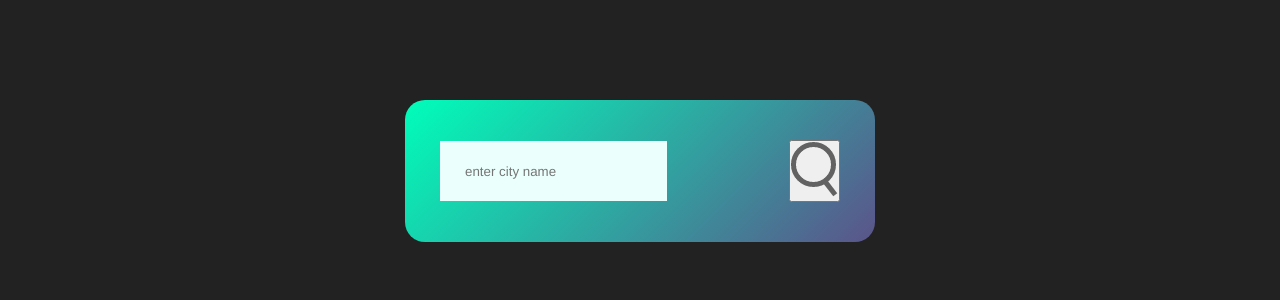
Repository: sodmaq/weatherApp
Page: index.html
The author's editor kept a copy of each file at every save. The page is drawn from the files as they stood at one save, then again after a run of saves.
The browser window is 1280 px wide. The pictures show the whole page.

Above is the page before, as saved 2023-06-24 22:05:23.

After the next 4 saves:
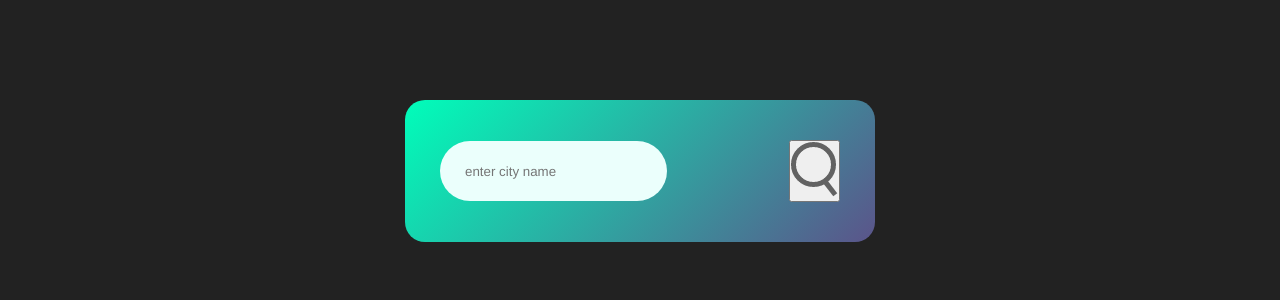
The 4 saves are shown as one change because they came seconds apart.
The last was saved 12 s later.
--- a/style.css
+++ b/style.css
@@ -32,5 +32,6 @@ body {
     color: #555;
     padding: 10px 25px;
     height: 60px;
-    borde
+    border-radius: 30px;
+    fle
 }
